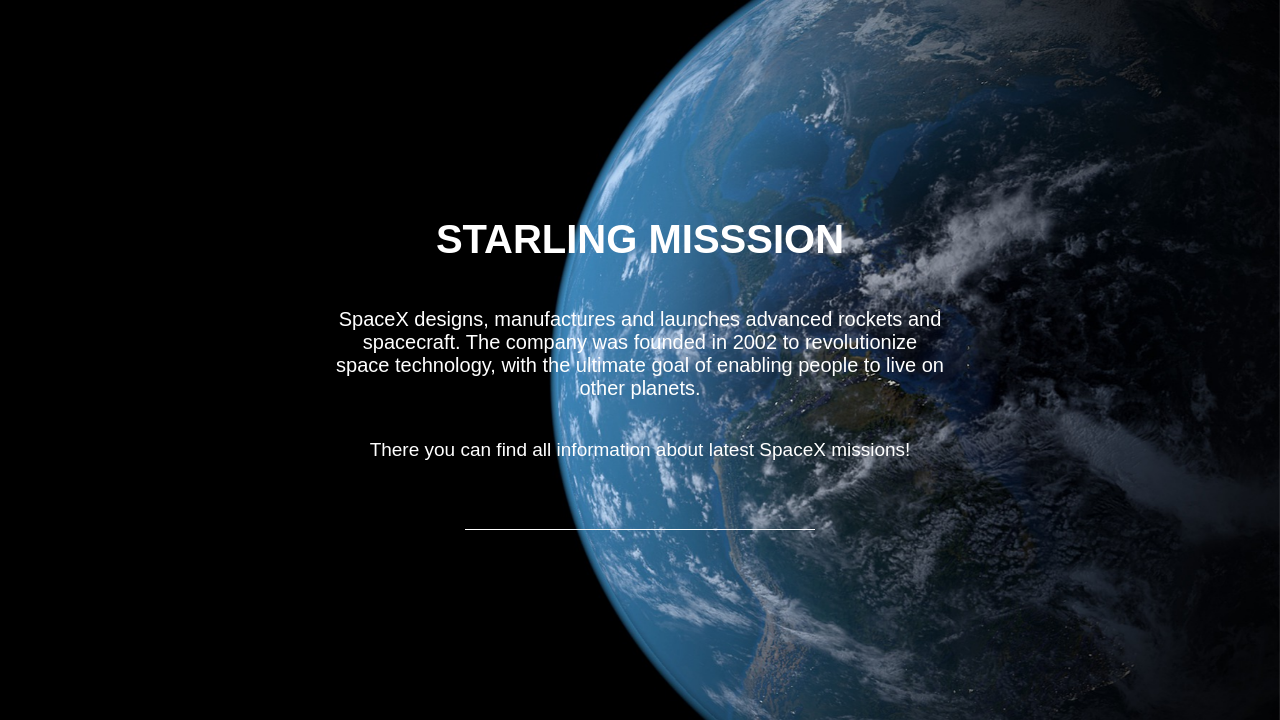
Repository: PJasiczek/vue-shop
Page: /#/
The author's editor kept a copy of each file at every save. The page is drawn from the files as they stood at one save, then again after the next save.
The browser window is 1280 px wide. The pictures show the whole page.
Some web fonts or font styles are not loaded; a fallback is used. The project was rebuilt for these pictures with package versions that can differ from the ones it lists, and the page was loaded fresh each time.

Above is the page before, as saved 2020-04-06 17:34:33.

### src/App.vue
<template>
  <div class="wrapper">
    <BackgroundImage/>
    <Claim/>
    <SearchInput/>
  </div>
</template>

<script>

import debounce from 'lodash/debounce';

import Claim from '@/components/Claim.vue';

import SearchInput from '@/components/SearchInput.vue';

import BackgroundImage from '@/components/BackgroundImage.vue';

const axios = require('axios');

const API = 'https://api.spacexdata.com/v3/launches?rocket_name=';

export default {
  name: 'Search',
  components: {
    Claim, SearchInput, BackgroundImage,
  },
  data() {
    return {
      searchValue: '',
      results: [],
    };
  },
  methods: {
    // eslint-disable-next-line
    handleInput: debounce(function() {
      axios.get(`${API}${this.searchValue}`)
        .then((response) => {
          this.results = response.data;
          console.log(response.data);
        }).catch((error) => {
          console.log(error);
        });
    }, 500),
  },
};
</script>

<style lang="scss">
  @import url('https://fonts.googleapis.com/css2?family=Baloo+Thambi+2:wght@400;500;600;700;800&display=swap');
  *{
    box-sizing: border-box;
  }

  body{
    margin: 0;
    padding: 0;
    font-family: 'Baloo Thambi 2', sans-serif;
  }
  .wrapper{
    display: flex;
    width: 100%;
    min-height: 100vh;
    flex-direction: column;
    justify-content: center;
    align-items: center;
    margin: 0;
    padding: 30px;
  }

</style>

### src/components/Claim.vue
<template>
  <div class="claimWrapper">
      <h1 class="claim">STARLING MISSSION</h1>
      <p class="subclaim">SpaceX designs, manufactures and launches advanced rockets and spacecraft. The company was founded in 2002 to revolutionize space technology, with the ultimate goal of enabling people to live on other planets.</p>
      <p class="subclaim">There you can find all information about latest SpaceX missions!</p>
  </div>
</template>

<script>
/* eslint-disable eol-last */
export default {
  name: 'Claim',
};
</script>
<style lang="scss" scoped>
.claimWrapper{
    display: flex;
    width: 50%;
    flex-direction: column;
    justify-content: center;
    align-items: center;
    color: #ffffff;
    text-align: center;

    .claim{
        font-size: 40px;
    }

    .subclaim:first-of-type{
        font-size: 20px;
    }

    .subclaim:last-of-type{
        font-size: 19px;
    }
}

</style>

### src/components/SearchInput.vue
<template>
    <div class="searchWrapper">
      <input id="search" name="search" v-model="searchValue" @input="handleInput"/>
    </div>
</template>

<script>
/* eslint-disable eol-last */
export default {
  name: 'SearchInput',
};
</script>

<style lang="scss" scoped>
.searchWrapper{
  display: flex;
  flex-direction: column;
  align-items: center;

  input{
    height: 50px;
    width: 350px;
    border: 0;
    text-align: center;
    color: #ffffff;
    font-size: 18px;
    font-family: 'Baloo Thambi 2', sans-serif;
    border-bottom: 1px solid #ffffff;
    background: none;
    transition: width 0.25s ease-in-out;
  }

  input:focus{
      outline: none;
      width: 450px;
  }
}
</style>

### src/components/BackgroundImage.vue
<template>
  <div class="backgroudImage"/>
</template>

<script>
/* eslint-disable eol-last */
export default {
  name: 'BackgroudImage',
};
</script>
<style lang="scss" scoped>
.backgroudImage{
    position: fixed;
    top: 0;
    z-index: -1;
    width: 100%;
    height: 100vh;
    background: url('../assets/4.jpg');
    background-repeat: no-repeat;
    background-size: cover;
    background-position: 25% 75%;
}

</style>

Loaded but not shown: public/index.html (common file); src/main.js (common file)

After the next save:
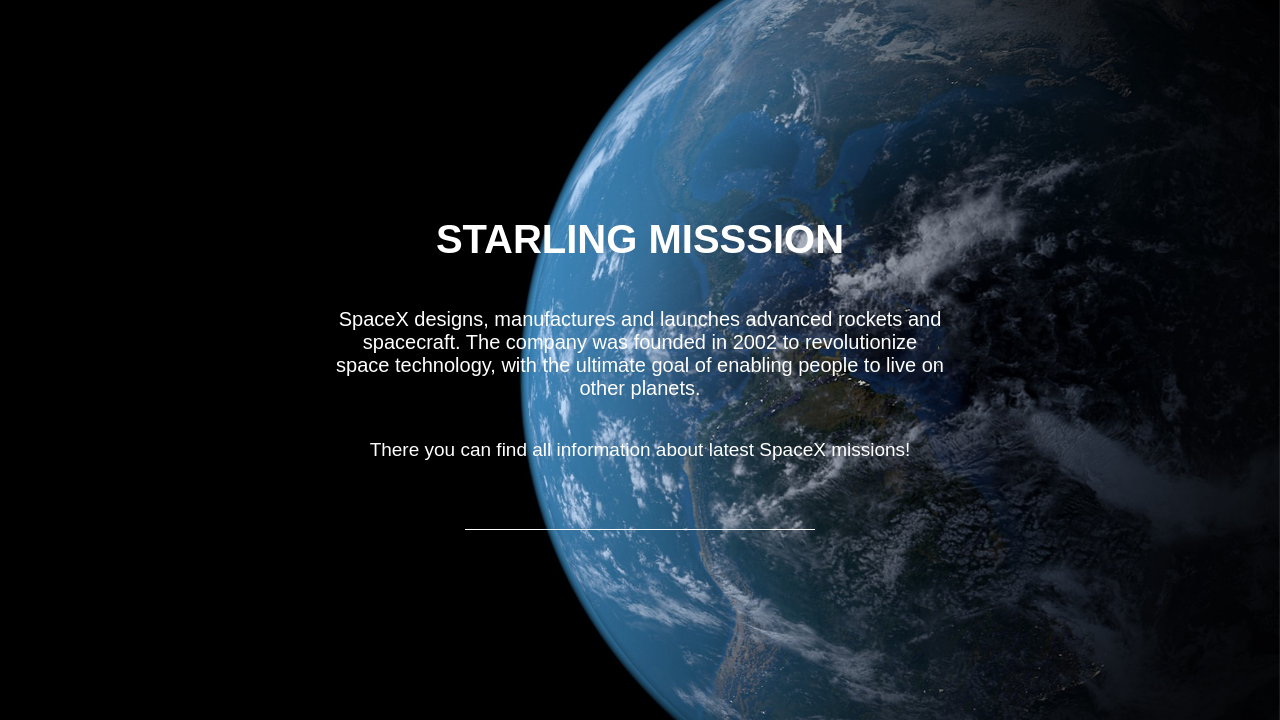
Saved 23 s later.
--- a/src/components/BackgroundImage.vue
+++ b/src/components/BackgroundImage.vue
@@ -18,7 +18,7 @@
     background: url('../assets/4.jpg');
     background-repeat: no-repeat;
     background-size: cover;
-    background-position: 25% 75%;
+    background-position: 55% 75%;
 }
 
 </style>

After the 2 saves that followed:
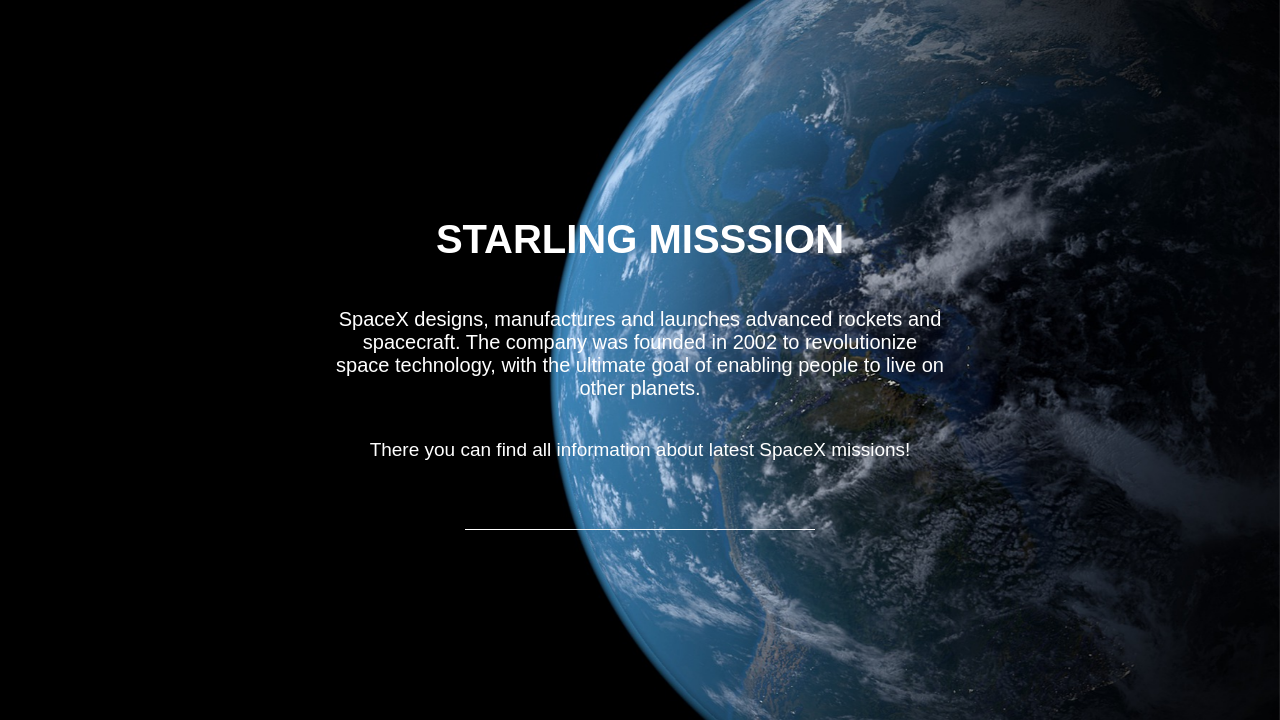
The 2 saves are shown as one change because 1 left the picture as it was.
The last was saved 20 s later.
--- a/src/components/BackgroundImage.vue
+++ b/src/components/BackgroundImage.vue
@@ -18,7 +18,7 @@
     background: url('../assets/4.jpg');
     background-repeat: no-repeat;
     background-size: cover;
-    background-position: 55% 75%;
+    background-position: 25% 75%;
 }
 
 </style>
